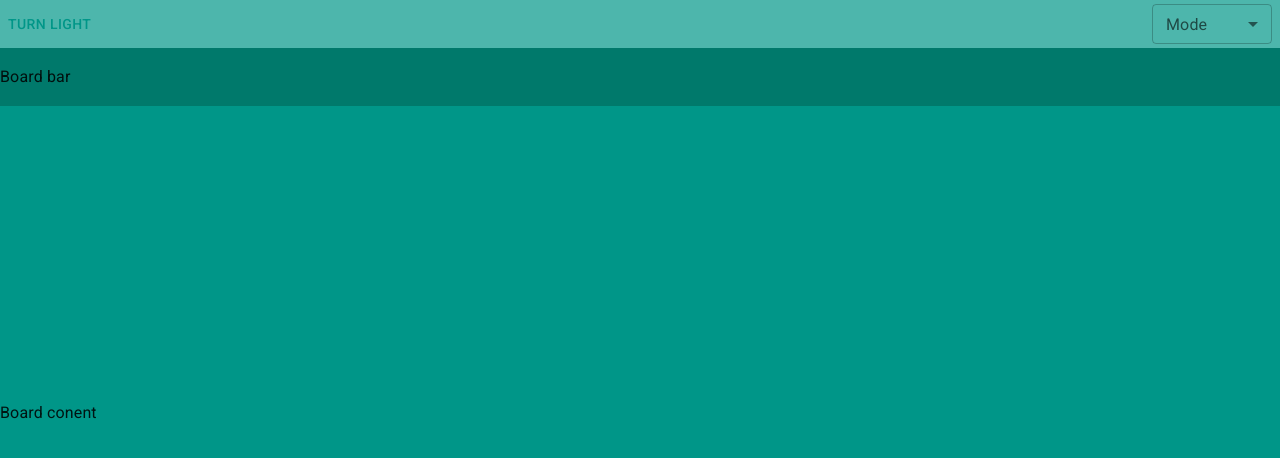
Repository: kieuduc123/trello_web
Page: /
An editor plug-in stored every save of this project. The page is shown before and after a run of saves, followed by the edit.
The browser window is 1280 px wide. The pictures show the whole page.
The project was rebuilt for these pictures with package versions that can differ from the ones it lists, and the page was loaded fresh each time. Also part of the build but not shown: vite.config.js.

Above is the page before, as saved 2024-03-15 09:03:34.

After the next 2 saves:
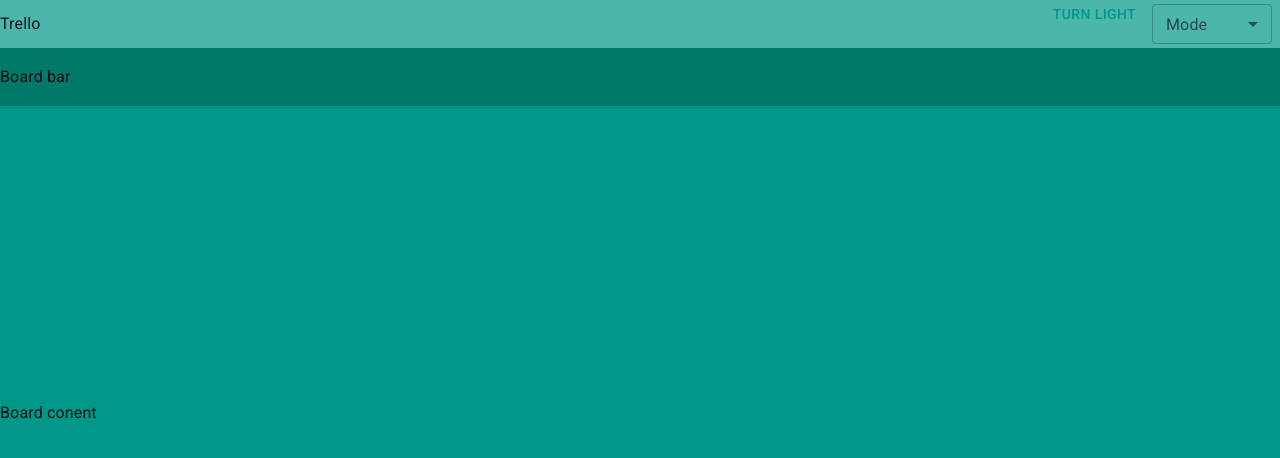
The 2 saves are shown as one change because they came seconds apart.
The last was saved 73 s later.
--- a/src/components/AppBar/index.jsx
+++ b/src/components/AppBar/index.jsx
@@ -13,8 +13,13 @@
       display: 'flex',
       alignItems: 'center',
       justifyContent: 'space-between',
-      }}>
+    }}>
+      <Box>
+        Trello
+      </Box>
+      <Box>
         <ModeToggle/>
+      </Box>
       </Box>
   );
 };
